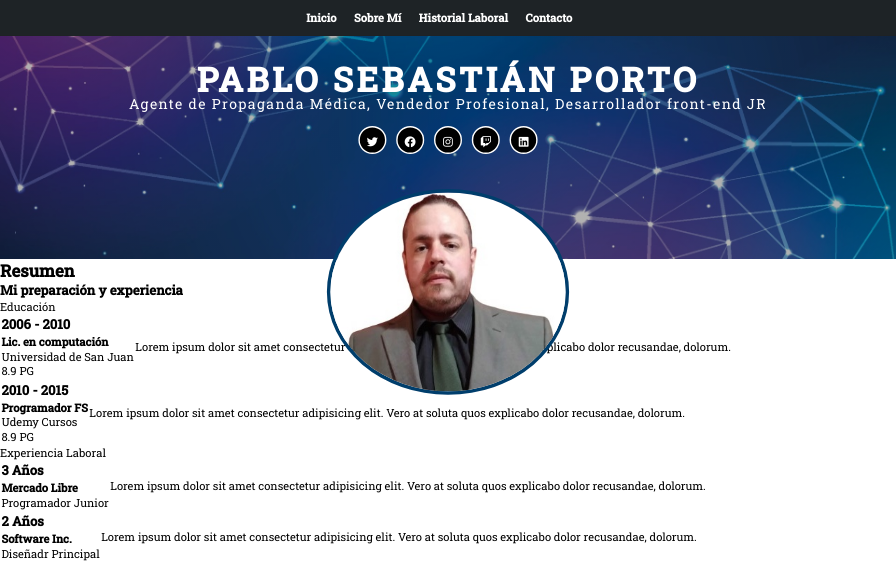
Repository: PabloSebastianPorto/Entrega-CV-1-ARG-PROG
Page: CVFINAL/CVfinal.HTML
An editor plug-in stored every save of this project. The page is shown before and after the next save, followed by the edit.
The browser window is 1280 px wide. The pictures show the part of the page from y = 0 to 1920 px (the page is 803 px tall before and 3380 px after), at 70% of full size.
Some web libraries are served in a nearby version.

Above is the page before, as saved 2023-02-28 11:42:10.

### CVFINAL/CVfinal.HTML
<!DOCTYPE html>
<html lang="es">
  <head>
    <meta charset="UTF-8" />
    <meta http-equiv="X-UA-Compatible" content="IE=edge" />
    <meta name="viewport" content="width=device-width, initial-scale=1.0" />
    <title>Document</title>
    <link
      rel="stylesheet"
      href="https://cdnjs.cloudflare.com/ajax/libs/font-awesome/6.3.0/css/all.min.css"
      integrity="sha512-SzlrxWUlpfuzQ+pcUCosxcglQRNAq/DZjVsC0lE40xsADsfeQoEypE+enwcOiGjk/bSuGGKHEyjSoQ1zVisanQ=="
      crossorigin="anonymous"
      referrerpolicy="no-referrer"
    />
    <link rel="stylesheet" href="CVfinal.css" />
    <title>CV Pablo Sebastián Porto</title>
  </head>
  <body>
    <section class="inicio" id="inicio">
      <div class="contenido-seccion">
        <header>
          <div class="nav-clas"></div>
          <i class="fa-solid fa-bars"></i>
          <nav id="nav" class="nav">
            <a href="#Inicio">Inicio</a>
            <a href="#Sobre Mí">Sobre Mí</a>
            <a href="#Historial">Historial Laboral</a>
            <a href="#Contacto">Contacto</a>
          </nav>
        </header>
        <div class="info">
          <h1>PABLO SEBASTIÁN PORTO</h1>
          <h2>
            Agente de Propaganda Médica, Vendedor Profesional, Desarrollador
            front-end JR
          </h2>
          <div class="redes">
            <a href="#"><i class="fa-brands fa-twitter"></i></a>
            <a href="#"><i class="fa-brands fa-facebook"></i></a>
            <a href="#"><i class="fa-brands fa-instagram"></i></a>
            <a href="#"><i class="fa-brands fa-twitch"></i></a>
            <a href="#"><i class="fa-brands fa-linkedin"></i></a>
          </div>
        </div>
        <div class="foto">
          <img
            src="IMG/CVfoto.jpg"
            alt="Aca va una imagen, pero se la robaron"
          />
        </div>
      </div>
    </section>
    <section class="resumen" id="resumen">
      <div class="contenido-seccion">
        <h2 class="titulo-seccion">Resumen</h2>
        <h3>Mi preparación y experiencia</h3>
        <div class="info">
          <div class="col">
            <span class="titulo">Educación</span>
            <table>
              <tr>
                <td class="datos">
                  <h3>2006 - 2010</h3>
                </td>
                <td rowspan="2" class="descripcion">
                  Lorem ipsum dolor sit amet consectetur adipisicing elit. Vero
                  at soluta quos explicabo dolor recusandae, dolorum.
                </td>
              </tr>
              <tr>
                <td>
                  <h4>Lic. en computación</h4>
                  <p>Universidad de San Juan</p>
                  <span class="promedio">8.9 PG</span>
                </td>
              </tr>
            </table>
            <table>
              <tr>
                <td class="datos">
                  <h3>2010 - 2015</h3>
                </td>
                <td rowspan="2" class="descripcion">
                  Lorem ipsum dolor sit amet consectetur adipisicing elit. Vero
                  at soluta quos explicabo dolor recusandae, dolorum.
                </td>
              </tr>
              <tr>
                <td>
                  <h4>Programador FS</h4>
                  <p>Udemy Cursos</p>
                  <span class="promedio">8.9 PG</span>
                </td>
              </tr>
            </table>
          </div>
          <div class="col">
            <span class="titulo">Experiencia Laboral</span>
            <table>
              <tr>
                <td class="datos">
                  <h3>3 Años</h3>
                </td>
                <td rowspan="2" class="descripcion">
                  Lorem ipsum dolor sit amet consectetur adipisicing elit. Vero
                  at soluta quos explicabo dolor recusandae, dolorum.
                </td>
              </tr>
              <tr>
                <td>
                  <h4>Mercado Libre</h4>
                  <p>Programador Junior</p>
                </td>
              </tr>
            </table>
            <table>
              <tr>
                <td class="datos">
                  <h3>2 Años</h3>
                </td>
                <td rowspan="2" class="descripcion">
                  Lorem ipsum dolor sit amet consectetur adipisicing elit. Vero
                  at soluta quos explicabo dolor recusandae, dolorum.
                </td>
              </tr>
              <tr>
                <td>
                  <h4>Software Inc.</h4>
                  <p>Diseñadr Principal</p>
                </td>
              </tr>
            </table>
          </div>
        </div>
      </div>
    </section>
    </section>
  </body>
</html>

### CVFINAL/CVfinal.css
@import url("https://fonts.googleapis.com/css2?family=Roboto+Slab:wght@100;200;300;400;500&display=swap");
* {
  box-sizing: border-box;
  font-family: "Roboto Slab", serif;
  margin: 0;
  padding: 0;
}
html {
  box-sizing: border-box;
  font-family: "Roboto Slab", serif;
  margin: 0;
  padding: 0;
}
html {
  scroll-behavior: smooth;
}
.inicio {
  background: linear-gradient(rgba(0, 0, 0, 0.3), rgba(0, 0, 0, 0.3)),
    url(IMG/imagen-fondo.jpg);
  background-size: cover;
  background-position: center center;
  color: #ffffff;
}
.inicio .contenido-seccion {
  max-width: 1000px;
  margin: auto;
  text-align: center;
  padding: 0 10px;
}
.inicio .contenido-seccion header {
  padding: 30px;
}
.inicio .contenido-seccion header nav {
  background: #1e2326;
  position: fixed;
  width: 100%;
  top: 0;
  left: 0;
  z-index: 99;
  display: flex;
  justify-content: center;
}
.inicio .contenido-seccion header nav a {
  display: block;
  color: #ffffff;
  text-decoration: none;
  margin-bottom: 15px;
  margin-top: 15px;
  margin-right: 25px;
  font-weight: bold;
}
.inicio .contenido-seccion header nav a:hover {
  color: #ced8bc;
  transition: color 0.3s ease;
}
.inicio .contenido-seccion .info {
  padding-bottom: 130px;
}
.inicio .contenido-seccion .info h1 {
  font-size: 3rem;
  letter-spacing: 5px;
}
.inicio .contenido-seccion .info h2 {
  font-weight: normal;
  font-size: 20px;
  margin-top: -10px;
  letter-spacing: 2px;
}
.inicio .contenido-seccion .info .redes {
  margin: 20px 0;
}
.inicio .contenido-seccion .info .redes a {
  display: inline-block;
  text-decoration: none;
  background-color: #000;
  color: #ffffff;
  border: 2px solid #ffffff;
  border-radius: 50%;
  width: 40px;
  height: 40px;
  line-height: 40px;
  margin: 0 5px;
  transition: 0.3s;
}
.inicio .contenido-seccion .info .redes a:hover {
  color: #fff;
  background-color: #003e6c;
  box-shadow: 0 0 20px #fff;
}
.inicio .contenido-seccion .foto {
  position: relative;
}
.inicio .contenido-seccion .foto img {
  max-width: 350px;
  max-height: 350px;
  border-radius: 50%;
  border: 5px solid #003e6c;
  position: absolute;
  left: 50%;
  top: -100px;
  transform: translateX(-50%);
}
.sobremi {
  background-color: #ced8bc;
  padding: 200px 0 200px 0;
  text-align: center;
}
.sobremi .contenido-seccion {
  max-width: 3000px;
  margin: auto;
  padding: 0 10px;
}
.sobremi .contenido-seccion h3 {
  text-transform: uppercase;
  font-size: 30px;
}
.sobremi .contenido-seccion .especial {
  color: #003e6c;
  font-weight: bold;
  margin-top: 15px;
}
.sobremi .contenido-seccion p {
  max-width: 1000px;
  margin: auto;
  color: #666;
  padding-left: 5cm;
  padding-right: 5cm;
}
.sobremi .contenido-seccion .fila {
  display: flex;
  margin-top: 40px;
  justify-content: space-between;
}
.sobremi .contenido-seccion .fila .col {
  width: 45%;
}
.sobremi .contenido-seccion .fila .col i {
  color: #003e6c;
  display: inline-block;
  width: 40px;
  height: 40px;
  border: 2px solid #003e6c;
  line-height: 40px;
  border-radius: 50%;
}
.sobremi .contenido-seccion .fila .col span {
  display: block;
  font-weight: bold;
  margin: 8px 0;
}

After the next save:
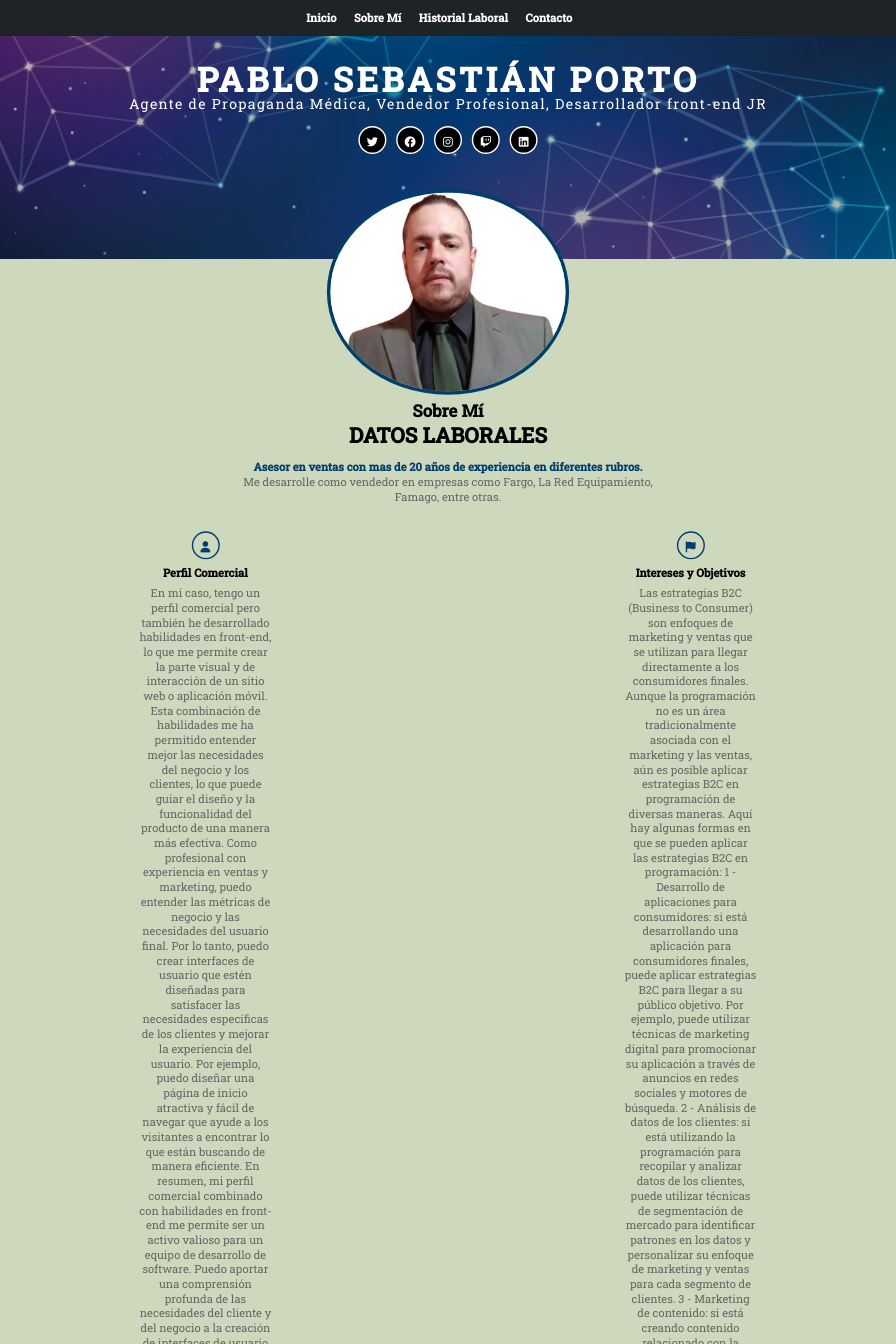
Saved 42 s later.
--- a/CVFINAL/CVfinal.HTML
+++ b/CVFINAL/CVfinal.HTML
@@ -50,6 +50,85 @@
         </div>
       </div>
     </section>
+    <section class="sobremi" id="sobremi">
+      <div class="contenido-seccion">
+        <h2 class="titulo-seccion">Sobre Mí</h2>
+        <h3>Datos Laborales</h3>
+        <p class="especial">
+          Asesor en ventas con mas de 20 años de experiencia en diferentes
+          rubros.
+        </p>
+        <p>
+          Me desarrolle como vendedor en empresas como Fargo, La Red
+          Equipamiento, Famago, entre otras.
+        </p>
+        <div class="fila">
+          <div class="col">
+            <i class="fa-solid fa-user"></i>
+            <span class="titulo-detalle">Perfil Comercial</span>
+            <p>
+              En mi caso, tengo un perfil comercial pero también he desarrollado
+              habilidades en front-end, lo que me permite crear la parte visual
+              y de interacción de un sitio web o aplicación móvil. Esta
+              combinación de habilidades me ha permitido entender mejor las
+              necesidades del negocio y los clientes, lo que puede guiar el
+              diseño y la funcionalidad del producto de una manera más efectiva.
+              Como profesional con experiencia en ventas y marketing, puedo
+              entender las métricas de negocio y las necesidades del usuario
+              final. Por lo tanto, puedo crear interfaces de usuario que estén
+              diseñadas para satisfacer las necesidades específicas de los
+              clientes y mejorar la experiencia del usuario. Por ejemplo, puedo
+              diseñar una página de inicio atractiva y fácil de navegar que
+              ayude a los visitantes a encontrar lo que están buscando de manera
+              eficiente. En resumen, mi perfil comercial combinado con
+              habilidades en front-end me permite ser un activo valioso para un
+              equipo de desarrollo de software. Puedo aportar una comprensión
+              profunda de las necesidades del cliente y del negocio a la
+              creación de interfaces de usuario atractivas y efectivas que
+              satisfagan los objetivos comerciales y las necesidades de los
+              usuarios finales.
+            </p>
+          </div>
+          <div class="col">
+            <i class="fa-solid fa-flag"></i>
+            <span class="titulo-detalle">Intereses y Objetivos</span>
+            <p>
+              Las estrategias B2C (Business to Consumer) son enfoques de
+              marketing y ventas que se utilizan para llegar directamente a los
+              consumidores finales. Aunque la programación no es un área
+              tradicionalmente asociada con el marketing y las ventas, aún es
+              posible aplicar estrategias B2C en programación de diversas
+              maneras. Aquí hay algunas formas en que se pueden aplicar las
+              estrategias B2C en programación: 1 - Desarrollo de aplicaciones
+              para consumidores: si está desarrollando una aplicación para
+              consumidores finales, puede aplicar estrategias B2C para llegar a
+              su público objetivo. Por ejemplo, puede utilizar técnicas de
+              marketing digital para promocionar su aplicación a través de
+              anuncios en redes sociales y motores de búsqueda. 2 - Análisis de
+              datos de los clientes: si está utilizando la programación para
+              recopilar y analizar datos de los clientes, puede utilizar
+              técnicas de segmentación de mercado para identificar patrones en
+              los datos y personalizar su enfoque de marketing y ventas para
+              cada segmento de clientes. 3 - Marketing de contenido: si está
+              creando contenido relacionado con la programación, puede aplicar
+              estrategias B2C para llegar a su audiencia objetivo. Por ejemplo,
+              puede utilizar técnicas de SEO para optimizar su contenido para
+              los motores de búsqueda y atraer a más consumidores finales. 4 -
+              Comunicación directa con los clientes: si está desarrollando
+              software o aplicaciones para empresas que luego serán utilizadas
+              por consumidores finales, puede aplicar estrategias B2C para
+              mejorar la comunicación directa con los clientes. Por ejemplo,
+              puede utilizar herramientas de chat en vivo para permitir que los
+              clientes se comuniquen directamente con su equipo de soporte
+              técnico. En resumen, aunque la programación no está directamente
+              relacionada con el marketing y las ventas, aún es posible aplicar
+              estrategias B2C en programación para llegar a los consumidores
+              finales de diversas maneras.
+            </p>
+          </div>
+        </div>
+      </div>
+    </section>
     <section class="resumen" id="resumen">
       <div class="contenido-seccion">
         <h2 class="titulo-seccion">Resumen</h2>
